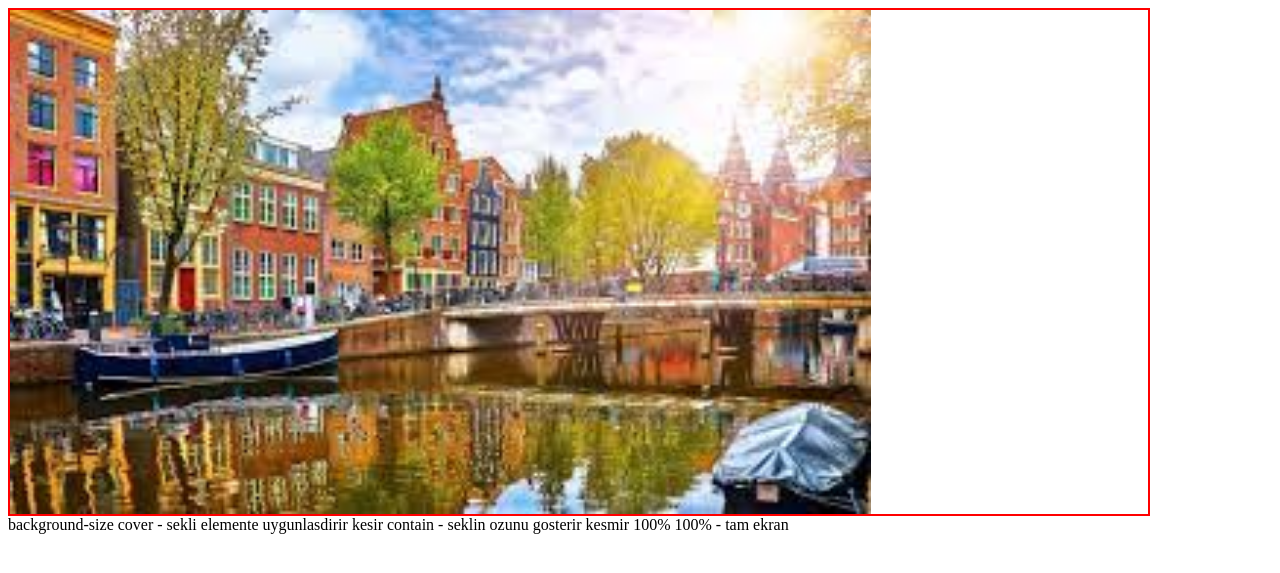
Repository: AytacSafarova/TAsk-11
Page: index.html
These files come from the project's save history. The page is drawn as it stood at one moment and after a run of saves; the edit follows.
The browser window is 1280 px wide. The pictures show the whole page.

Above is the page before, as saved 2023-09-01 15:58:08.

### index.html
<!DOCTYPE html>
<html lang="en">

<head>
    <meta charset="UTF-8">
    <meta name="viewport" content="width=device-width, initial-scale=1.0">
    <title>Document</title>
</head>
<style>
    .container {
        background-image: url('./download\ \(1\).jfif');
        min-height: 70vh;
        width: 90%;
        border: 2px solid red;
        background-repeat: no-repeat;
        background-size: contain;
    }
</style>

<body>
    <div class="container">
    </div>
</body>
<script src="./index.js"></script>

</html>
background-size
 cover - sekli elemente uygunlasdirir kesir
 contain - seklin ozunu gosterir kesmir 100% 100% -
tam ekran

### index.js
// fetch("https://api.chucknorris.io/jokes/random")
//   .then((response) => {
//     return response.json();
//   })
//   .then((data) => {
//     console.log(data);
//   });

console.log(window);

After the next 2 saves:
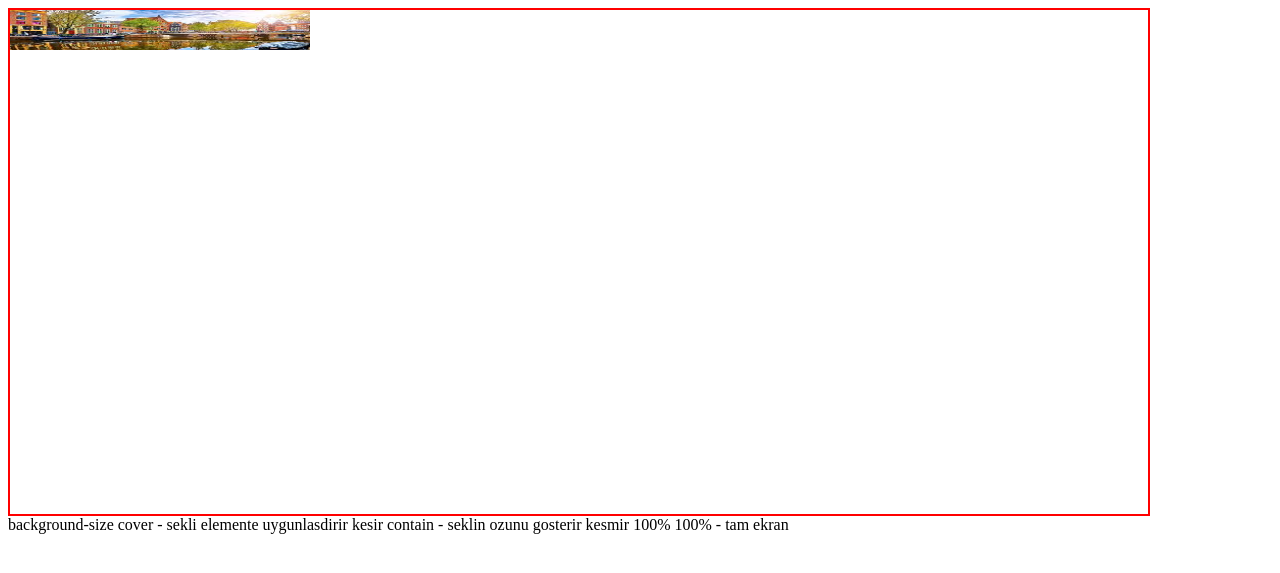
The 2 saves are shown as one change because they came seconds apart.
The last was saved 18 s later.
--- a/index.html
+++ b/index.html
@@ -13,7 +13,7 @@
         width: 90%;
         border: 2px solid red;
         background-repeat: no-repeat;
-        background-size: contain;
+        background-size: 300px 40px;
     }
 </style>
 
